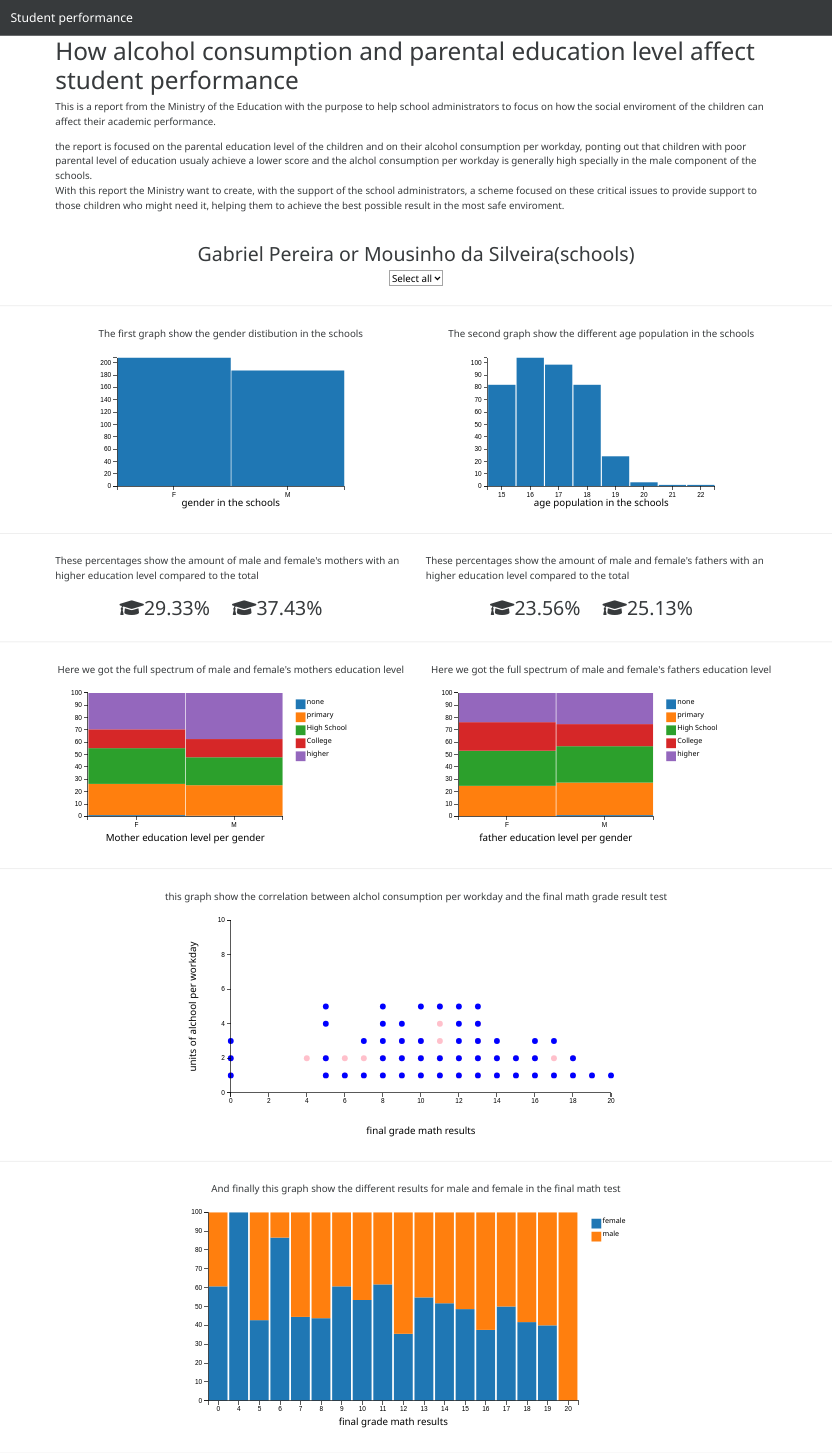
Repository: Baal89/second-milestone-project
Page: index.html
The author's editor kept a record of every edit. The page is drawn from the files as they stood at one moment, then again after the next edit.
The browser window is 1280 px wide. The pictures show the whole page, at 65% of full size.
Some web libraries are served in a nearby version.

Above is the page before.

### index.html
<!DOCTYPE html>
<html lang="en">

<head>
    <meta charset="UTF-8">
    <meta name="viewport" content="width=device-width, initial-scale=1.0">
    <meta http-equiv="X-UA-Compatible" content="ie=edge">
    <title>Student Performance</title>

    <link rel="stylesheet" href="static/css/bootstrap.min.css" type="text/css" />
    <link rel="stylesheet" href="static/css/dc.min.css" type="text/css" />
    <link rel="stylesheet" type="text/css" href="https://cdnjs.cloudflare.com/ajax/libs/font-awesome/5.10.2/css/all.css">
    <link rel="stylesheet" href="static/css/style.css" type="text/css" />

    <script type="text/javascript" src="static/js/d3.min.js"></script>
    <script type="text/javascript" src="static/js/crossfilter.min.js"></script>
    <script type="text/javascript" src="static/js/dc.min.js"></script>
    <script type="text/javascript" src="static/js/queue.min.js"></script>
    <script type="text/javascript" src="static/js/graph.js"></script>

</head>

<body>

    <nav class="navbar navbar-expand-lg navbar-dark bg-dark">
        <a class="navbar-brand" href="#">Student performance</a>
    </nav>

    <main>
        <article class="container">
            <header>
                <h1>How alcohol consumption and parental education level affect student performance</h1>
                <p>This is a report from the Ministry of the Education with the purpose to help school administrators to focus on how the social enviroment of the children can affect their academic performance.</p>
            </header>
            <p>the report is focused on the parental education level of the children and on their alcohol consumption per workday, ponting out that children with poor parental level of education usualy achieve a lower score and the alchol consumption per
                workday is generally high specially in the male component of the schools.<br> With this report the Ministry want to create, with the support of the school administrators, a scheme focused on these critical issues to provide support to
                those children who might need it, helping them to achieve the best possible result in the most safe enviroment.
            </p>
        </article>

        <section class="section">
            <div class="container">

                <div class="row">
                    <div class="col-12 col-md-12 text-center">
                        <h2>Gabriel Pereira or Mousinho da Silveira(schools)</h2>
                    </div>
                </div>
                <div class="row">
                    <div class="col-12 col-md-12 text-center" id="discipline-selector"></div>
                </div>
            </div>
        </section>


        <section class="section">
            <div class="container">

                <div class="row">
                    <div class="col-12 col-lg-6 text-center">
                        <p>The first graph show the gender distibution in the schools</p>
                    </div>
                    <div class="col-12 col-lg-6 text-center">
                        <p>The second graph show the different age population in the schools</p>
                    </div>
                </div>

                <div class="row">
                    <div class="col-12 col-lg-6 text-center" id="sex-distribution"></div>
                    <div class="col-12 col-lg-6 text-center" id="age-distribution"></div>
                </div>
            </div>
        </section>


        <section class="section">
            <div class="container">

                <div class="row">
                    <div class="col-12 col-lg-6">
                        <p>These percentages show the amount of male and female's mothers with an higher education level compared to the total</p>
                    </div>
                    <div class="col-12 col-lg-6">
                        <p>These percentages show the amount of male and female's fathers with an higher education level compared to the total</p>
                    </div>
                </div>
                <div class="row">
                    <div class="col-12 col-lg-6 text-center">
                        <i class="fas fa-graduation-cap" aria-hidden="true"></i><span class="number-box" id="percentage-of-female-mother-higher-education"></span>
                        <i class="fas fa-graduation-cap" aria-hidden="true"></i><span class="number-box" id="percentage-of-male-mother-higher-education"></span>
                    </div>
                    <div class="col-12 col-lg-6 text-center">
                        <i class="fas fa-graduation-cap" aria-hidden="true"></i><span class="number-box" id="percentage-of-female-father-higher-education"></span>
                        <i class="fas fa-graduation-cap" aria-hidden="true"></i><span class="number-box" id="percentage-of-male-father-higher-education"></span>
                    </div>
                </div>
            </div>
        </section>



        <section class="section">
            <div class="container">

                <div class="row">
                    <div class="col-12 col-lg-6 text-center">
                        <p>Here we got the full spectrum of male and female's mothers education level</p>
                    </div>
                    <div class="col-12 col-lg-6 text-center">
                        <p>Here we got the full spectrum of male and female's fathers education level</p>
                    </div>
                </div>
                <div class="row">
                    <div class="col-12 col-lg-6" id="mother-education"></div>
                    <div class="col-12 col-lg-6" id="father-education"></div>
                </div>
            </div>
        </section>


        <section class="section">
            <div class="container">

                <div class="row">
                    <div class="col-12 text-center">
                        <p>this graph show the correlation between alchol consumption per workday and the final math grade result test</p>
                    </div>
                </div>
                <div class="row">
                    <div class="col-12 text-center" id="workday-alcohol-graduation"></div>
                </div>
            </div>
        </section>


        <section class="section">
            <div class="container">

                <div class="row">
                    <div class="col-12 text-center">
                        <p>And finally this graph show the different results for male and female in the final math test</p>
                    </div>
                </div>
                <div class="row">
                    <div class="col-12 text-center" id="student-performance"></div>
                </div>
            </div>
        </section>

    </main>
</body>

</html>

### static/css/style.css

.section {
	border-bottom: 1px solid #e6e6e6;
	padding: 30px 0;
}

.number-box, .fas.fa-graduation-cap {
    font-size: 30px;
}

.number-box {
	margin-right: 30px;
}

@media only screen and (max-width: 768px) {
    .number-box{
        margin-right: 0px;
        padding: 30px 0;
    }
}

### static/js/graph.js
queue()
    .defer(d3.csv, "data/student-mat.csv")
    .await(makeGraphs);

function makeGraphs(error, performanceData) {
    var ndx = crossfilter(performanceData);

    performanceData.forEach(function(d) {
        d.G3 = parseInt(d.G3);
    });

    show_discipline_selector(ndx);

    show_sex_distribution(ndx);
    show_age_distribution(ndx);
    show_mother_education(ndx);
    show_father_education(ndx);

    show_percent_higher_mother_education(ndx, "F", "#percentage-of-female-mother-higher-education");
    show_percent_higher_mother_education(ndx, "M", "#percentage-of-male-mother-higher-education");
    show_percent_higher_father_education(ndx, "F","#percentage-of-female-father-higher-education");
    show_percent_higher_father_education(ndx, "M","#percentage-of-male-father-higher-education");

    show_performance_to_workday_alcohol_cosumption(ndx);

    show_student_performance(ndx);

    dc.renderAll();
}

function show_discipline_selector(ndx) {
    var dim = ndx.dimension(dc.pluck("discipline"));
    var group = dim.group();

    dc.selectMenu("#discipline-selector")
        .dimension(dim)
        .group(group);
}

function show_sex_distribution(ndx) {
    var dim = ndx.dimension(dc.pluck("sex"));
    var group = dim.group();

    dc.barChart("#sex-distribution")
        .width(450)
        .height(250)
        .margins({ top: 10, right: 50, bottom: 30, left: 50 })
        .dimension(dim)
        .group(group)
        .transitionDuration(500)
        .x(d3.scale.ordinal())
        .xUnits(dc.units.ordinal)
        .elasticY(true)
        .xAxisLabel("gender in the schools")
        .yAxis().ticks(10);
}

function show_age_distribution(ndx) {
    var dim = ndx.dimension(dc.pluck("age"));
    var group = dim.group();

    dc.barChart("#age-distribution")
        .width(450)
        .height(250)
        .margins({ top: 10, right: 50, bottom: 30, left: 50 })
        .dimension(dim)
        .group(group)
        .transitionDuration(500)
        .x(d3.scale.ordinal())
        .xUnits(dc.units.ordinal)
        .elasticY(true)
        .xAxisLabel("age population in the schools")
        .yAxis().ticks(10);
}

function show_mother_education(ndx) {

    function motherEducation(dimension, Medu) {
        return dimension.group().reduce(
            function(p, v) {
                p.total++;
                if (v.Medu == Medu) {
                    p.match++;
                }
                return p;
            },
            function(p, v) {
                p.total--;
                if (v.Medu == Medu) {
                    p.match--;
                }
                return p;
            },
            function() {
                return { total: 0, match: 0 };
            }
        );

    }
    var dim = ndx.dimension(dc.pluck("sex"));
    var noneMotherEducation = motherEducation(dim, "0");
    var firstMotherEducation = motherEducation(dim, "1");
    var secondaryMotherEducation = motherEducation(dim, "2");
    var secondaryGradeMotherEducation = motherEducation(dim, "3");
    var higherMotherEducation = motherEducation(dim, "4");


    dc.barChart("#mother-education")
        .width(450)
        .height(250)
        .dimension(dim)
        .group(noneMotherEducation, "none")
        .stack(secondaryGradeMotherEducation, "primary")
        .stack(secondaryMotherEducation, "High School")
        .stack(firstMotherEducation, "College")
        .stack(higherMotherEducation, "higher")
        .valueAccessor(function(d) {
            if (d.value.total > 0) {
                return (d.value.match / d.value.total) * 100;
            }
            else {
                return 0;
            }
        })
        .x(d3.scale.ordinal())
        .xUnits(dc.units.ordinal)
        .xAxisLabel("Mother education level per gender")
        .legend(dc.legend().x(370).y(20).itemHeight(15).gap(5))
        .margins({ top: 10, right: 100, bottom: 50, left: 50 });
}

function show_father_education(ndx) {

    function fatherEducation(dimension, Fedu) {
        return dimension.group().reduce(
            function(p, v) {
                p.total++;
                if (v.Fedu == Fedu) {
                    p.match++;
                }
                return p;
            },
            function(p, v) {
                p.total--;
                if (v.Fedu == Fedu) {
                    p.match--;
                }
                return p;
            },
            function() {
                return { total: 0, match: 0 };
            }
        );

    }
    var dim = ndx.dimension(dc.pluck("sex"));
    var noneFatherEducation = fatherEducation(dim, "0");
    var firstFatherEducation = fatherEducation(dim, "1");
    var secondaryFatherEducation = fatherEducation(dim, "2");
    var secondaryGradeFatherEducation = fatherEducation(dim, "3");
    var higherFatherEducation = fatherEducation(dim, "4");


    dc.barChart("#father-education")
        .width(450)
        .height(250)
        .dimension(dim)
        .group(noneFatherEducation, "none")
        .stack(secondaryGradeFatherEducation, "primary")
        .stack(secondaryFatherEducation, "High School")
        .stack(firstFatherEducation, "College")
        .stack(higherFatherEducation, "higher")
        .valueAccessor(function(d) {
            if (d.value.total > 0) {
                return (d.value.match / d.value.total) * 100;
            }
            else {
                return 0;
            }
        })
        .x(d3.scale.ordinal())
        .xUnits(dc.units.ordinal)
        .xAxisLabel("father education level per gender")
        .legend(dc.legend().x(370).y(20).itemHeight(15).gap(5))
        .margins({ top: 10, right: 100, bottom: 50, left: 50 });
}

function show_percent_higher_mother_education(ndx, gender, element) {
    var percentageMotherHigherEducation = ndx.groupAll().reduce(
        function(p, v) {
            if (v.sex === gender) {
                p.count++;
                if(v.Medu === "4") {
                    p.are_higher++;
                }
            }
            return p;
        },
        function(p, v) {
            if (v.sex === gender) {
                p.count--;
                if(v.Medu === "4") {
                    p.are_higher--;
                }
            }
            return p;
        },
        function() {
            return {count: 0, are_higher: 0};
        },
    );
   dc.numberDisplay(element)
        .formatNumber(d3.format(".2%"))
        .valueAccessor(function (d) {
            if (d.count == 0) {
                return 0;
            } else {
                return (d.are_higher / d.count);
            }
        })
        .group(percentageMotherHigherEducation);
}

 function show_percent_higher_father_education(ndx, gender, element) {
       var percentageFatherHigherEducation = ndx.groupAll().reduce(
        function(p, v) {
            if (v.sex === gender) {
                p.count++;
                if(v.Fedu === "4") {
                    p.are_higher++;
                }
            }
            return p;
        },
        function(p, v) {
            if (v.sex === gender) {
                p.count--;
                if(v.Fedu === "4") {
                    p.are_higher--;
                }
            }
            return p;
        },
        function() {
            return {count: 0, are_higher: 0};
        },
    );
   dc.numberDisplay(element)
        .formatNumber(d3.format(".2%"))
        .valueAccessor(function (d) {
            if (d.count == 0) {
                return 0;
            } else {
                return (d.are_higher / d.count);
            }
        })
        .group(percentageFatherHigherEducation);
 }

function show_performance_to_workday_alcohol_cosumption(ndx) {

    var genderColors = d3.scale.ordinal()
        .domain(["Female", "Male"])
        .range(["pink", "blue"]);

    var performanceDim = ndx.dimension(dc.pluck("G3"))
    var consumptionDim = ndx.dimension(function(d) {
        return [d.G3, d.Dalc, d.sex];
    });
    var workDayConsumptionGroup = consumptionDim.group();

    var minPerformance = performanceDim.bottom(1)[0].G3;
    var maxPerformance = performanceDim.top(1)[0].G3;

    dc.scatterPlot("#workday-alcohol-graduation")
        .width(700)
        .height(350)
        .x(d3.scale.linear().domain([minPerformance, maxPerformance]))
        .y(d3.scale.linear().domain([0, 10]))
        .brushOn(false)
        .symbolSize(8)
        .clipPadding(5)
        .xAxisLabel("")
        .title(function(d) {
            return "Workday Consumption: " + d.key[1] + " units";
        })
        .colors(genderColors)
        .colorAccessor(function(d) {
            return d.key[2];
        })
        .dimension(consumptionDim)
        .group(workDayConsumptionGroup)
        .xAxisLabel("final grade math results")
        .yAxisLabel("units of alchool per workday")
        .margins({ top: 10, right: 50, bottom: 75, left: 65 })
        .yAxis().ticks(5);
}


function show_student_performance(ndx) {

    function schoolPerformance(dimension, sex) {
        return dimension.group().reduce(
            function(p, v) {
                p.total++;
                if (v.sex == sex) {
                    p.match++;
                }
                return p;
            },
            function(p, v) {
                p.total--;
                if (v.sex == sex) {
                    p.match--;
                }
                return p;
            },
            function() {
                return { total: 0, match: 0 };
            }
        );
    }

    var dim = ndx.dimension(dc.pluck("G3"));
    var femalePerformance = schoolPerformance(dim, "F");
    var malePerformance = schoolPerformance(dim, "M");

    dc.barChart("#student-performance")
        .width(700)
        .height(350)
        .dimension(dim)
        .group(femalePerformance, "female")
        .stack(malePerformance, "male")
        .valueAccessor(function(d) {
            if (d.value.total > 0) {
                return (d.value.match / d.value.total) * 100;
            }
            else {
                return 0;
            }
        })
        .x(d3.scale.ordinal())
        .xUnits(dc.units.ordinal)
        .xAxisLabel("final grade math results")
        .legend(dc.legend().x(620).y(20).itemHeight(15).gap(5))
        .margins({ top: 10, right: 100, bottom: 50, left: 30 });
}

Loaded but not shown: static/css/bootstrap.min.css (library); static/css/dc.min.css (library); static/js/d3.min.js (library); static/js/crossfilter.min.js (library); static/js/dc.min.js (library); static/js/queue.min.js (common file)

After the next edit:
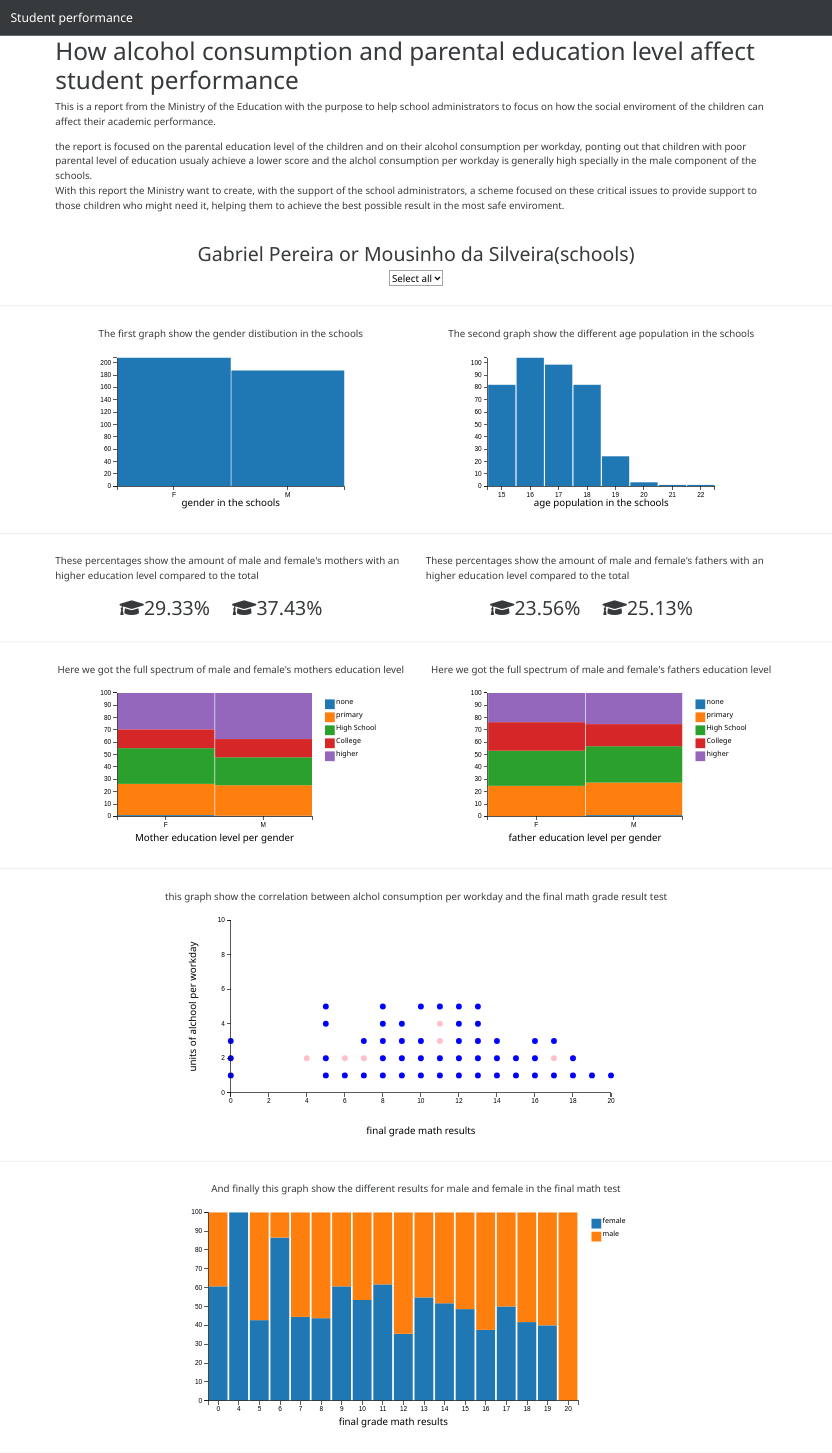
The edit:
--- a/index.html
+++ b/index.html
@@ -111,8 +111,8 @@
                     </div>
                 </div>
                 <div class="row">
-                    <div class="col-12 col-lg-6" id="mother-education"></div>
-                    <div class="col-12 col-lg-6" id="father-education"></div>
+                    <div class="col-12 col-lg-6 text-center" id="mother-education"></div>
+                    <div class="col-12 col-lg-6 text-center" id="father-education"></div>
                 </div>
             </div>
         </section>
